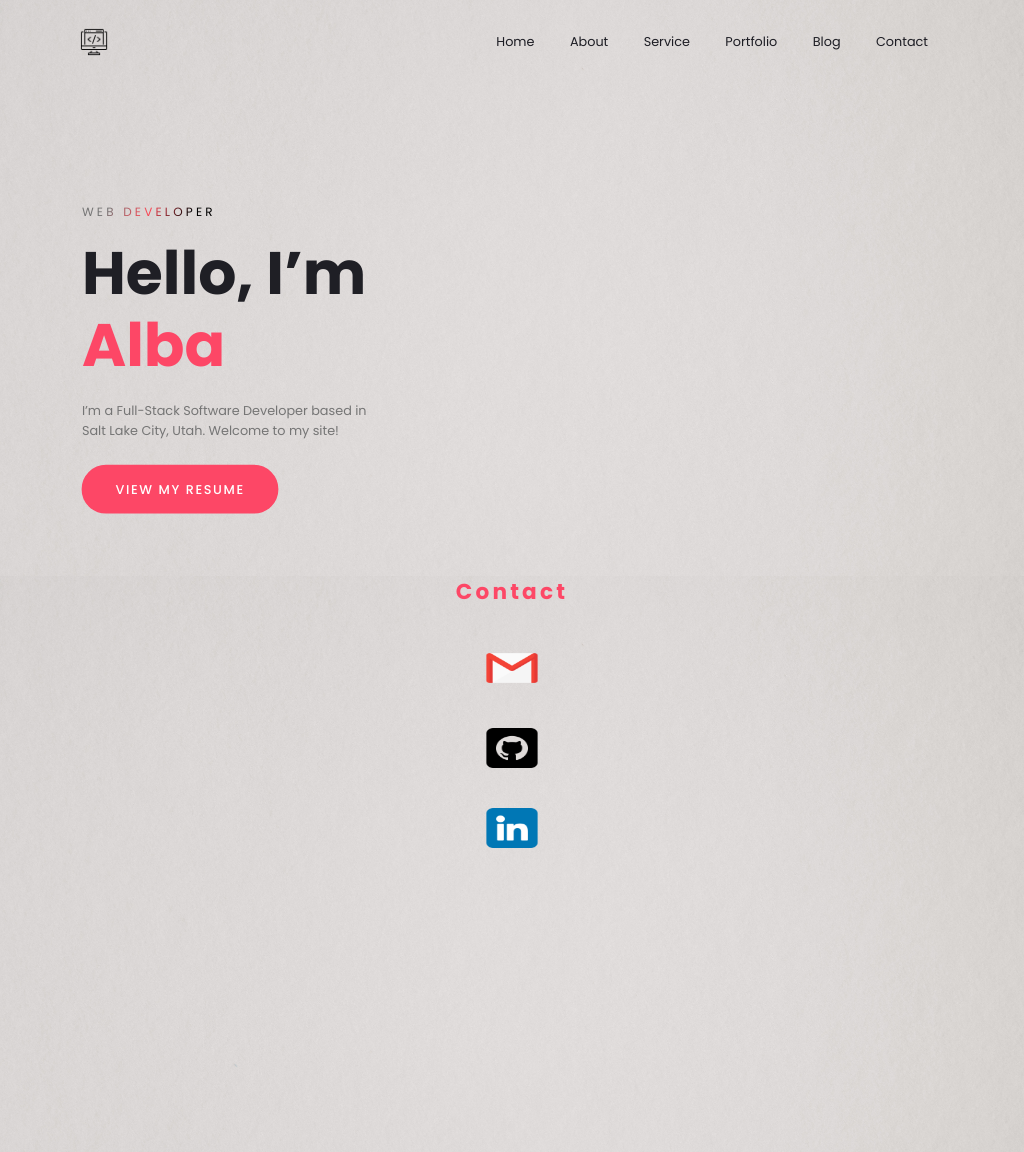
Repository: pilar122/port
Page: index.html
An editor plug-in stored every save of this project. The page is shown before and after the next save, followed by the edit.
The browser window is 1280 px wide. The pictures show the whole page, at 80% of full size.

Above is the page before, as saved 2022-01-31 18:58:42.

After the next save:
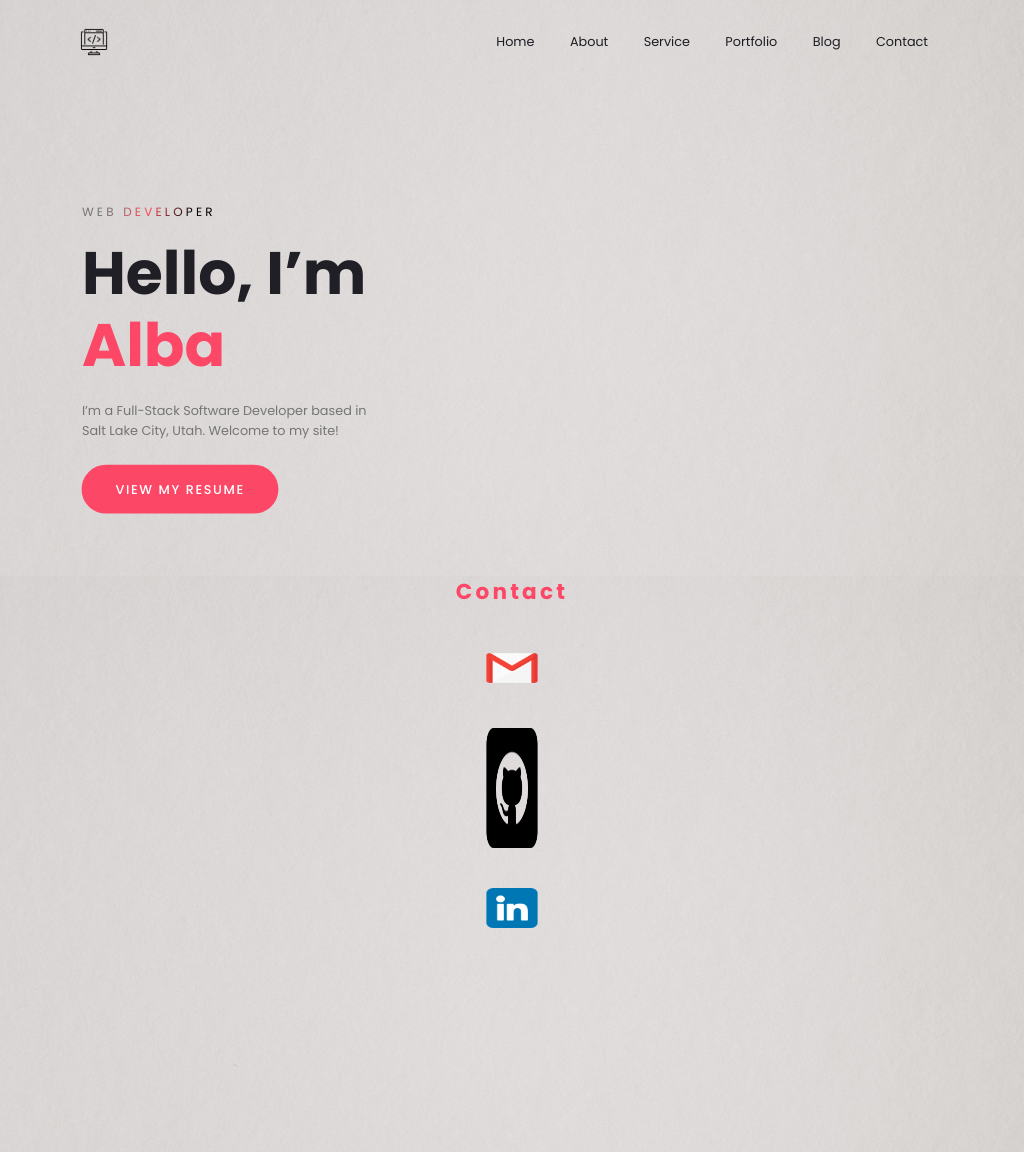
Saved 40 s later.
--- a/index.html
+++ b/index.html
@@ -39,7 +39,7 @@
                 </a>
                 <br></br>
                   <a href="https://github.com/pilar122/">
-                    <img src="/Users/albapilarte/Desktop/port/img/github.png" class="center2" width="50" height="50">
+                    <img src="/Users/albapilarte/Desktop/port/img/github.png" class="center2" width="150" height="150">
                   </a>
                   <br></br>
                   <a href="https://www.linkedin.com/in/alba-pilarte-8590471b7/">

After the save that followed:
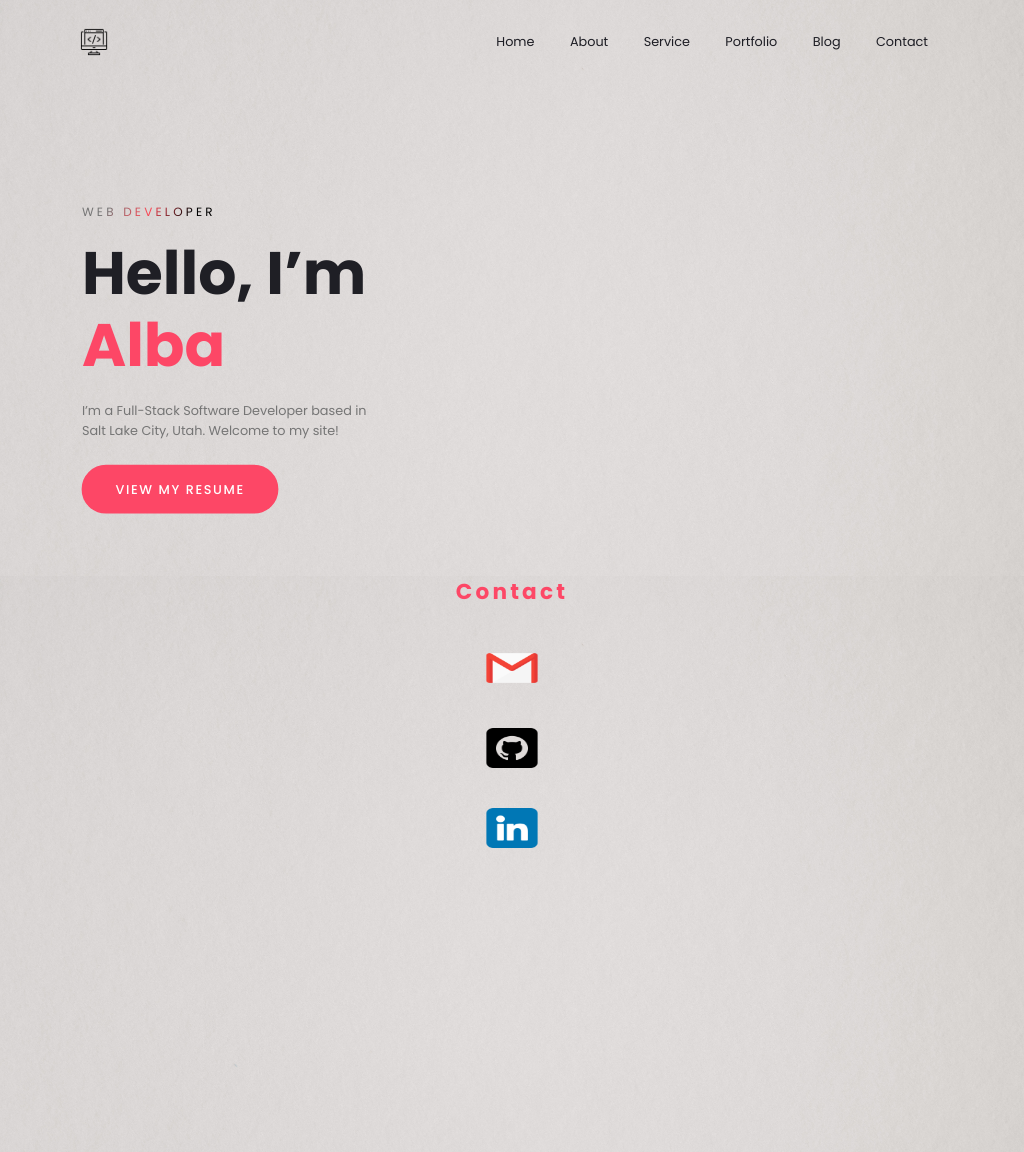
Saved 16 s later.
--- a/index.html
+++ b/index.html
@@ -39,7 +39,7 @@
                 </a>
                 <br></br>
                   <a href="https://github.com/pilar122/">
-                    <img src="/Users/albapilarte/Desktop/port/img/github.png" class="center2" width="150" height="150">
+                    <img src="/Users/albapilarte/Desktop/port/img/github.png" class="center2" width="50" height="50">
                   </a>
                   <br></br>
                   <a href="https://www.linkedin.com/in/alba-pilarte-8590471b7/">
